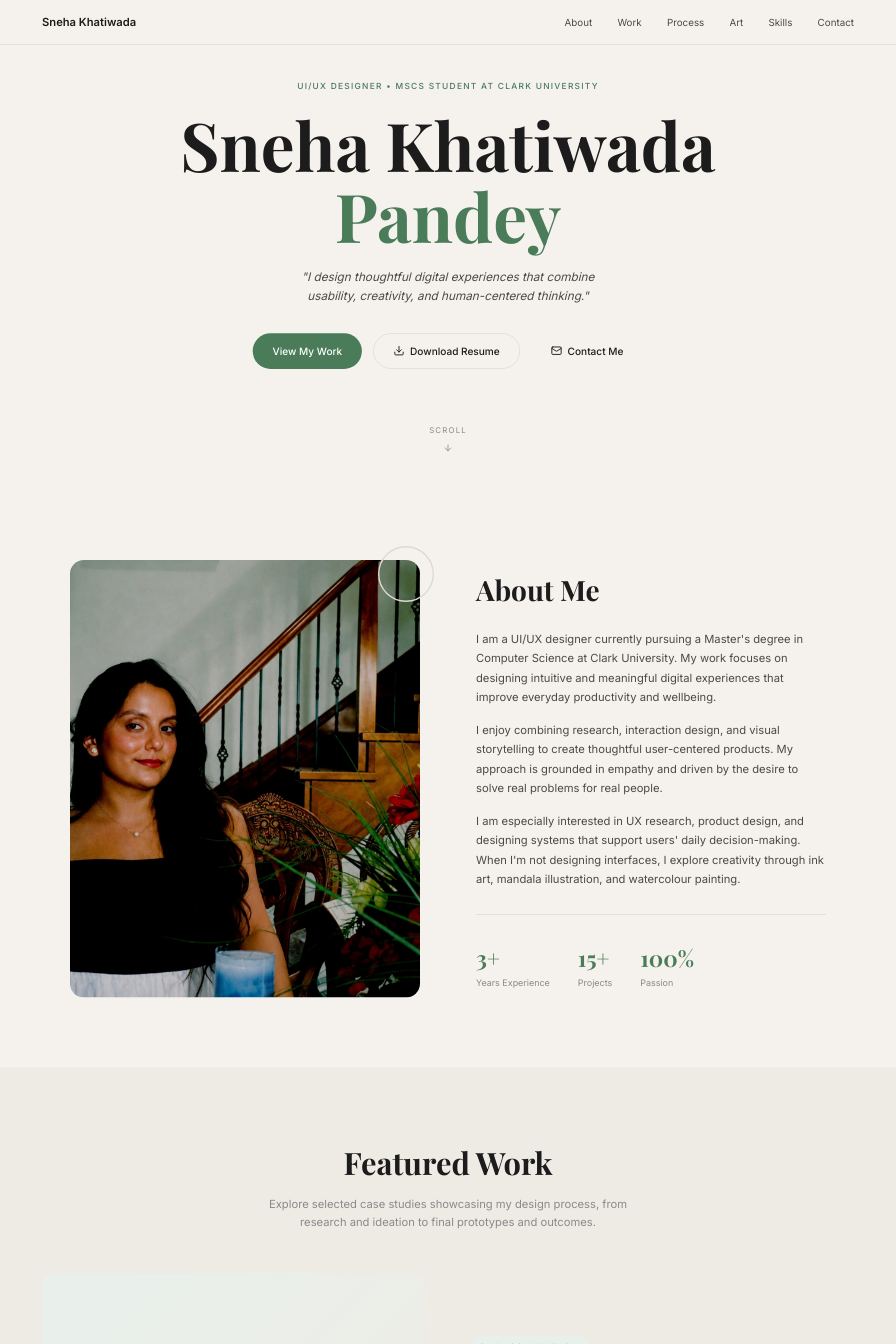
Repository: Snehahak/Sneha-portfolio
Page: /
An editor plug-in stored every save of this project. The page is shown before and after the next save, followed by the edit.
The browser window is 1280 px wide. The pictures show the part of the page from y = 0 to 1920 px (the page is 7266 px tall), at 70% of full size.
Some web fonts or font styles are not loaded; a fallback is used. The project was rebuilt for these pictures with package versions that can differ from the ones it lists, and the page was loaded fresh each time. Also part of the build but not shown: vite.config.js, src/pages/CaseStudyLifeLog.jsx, src/pages/CaseStudyDashboard.jsx, src/pages/CaseStudyRecipe.jsx, src/pages/CaseStudyMiro.jsx.

Above is the page before, as saved 2026-06-10 11:26:13.

After the next save:
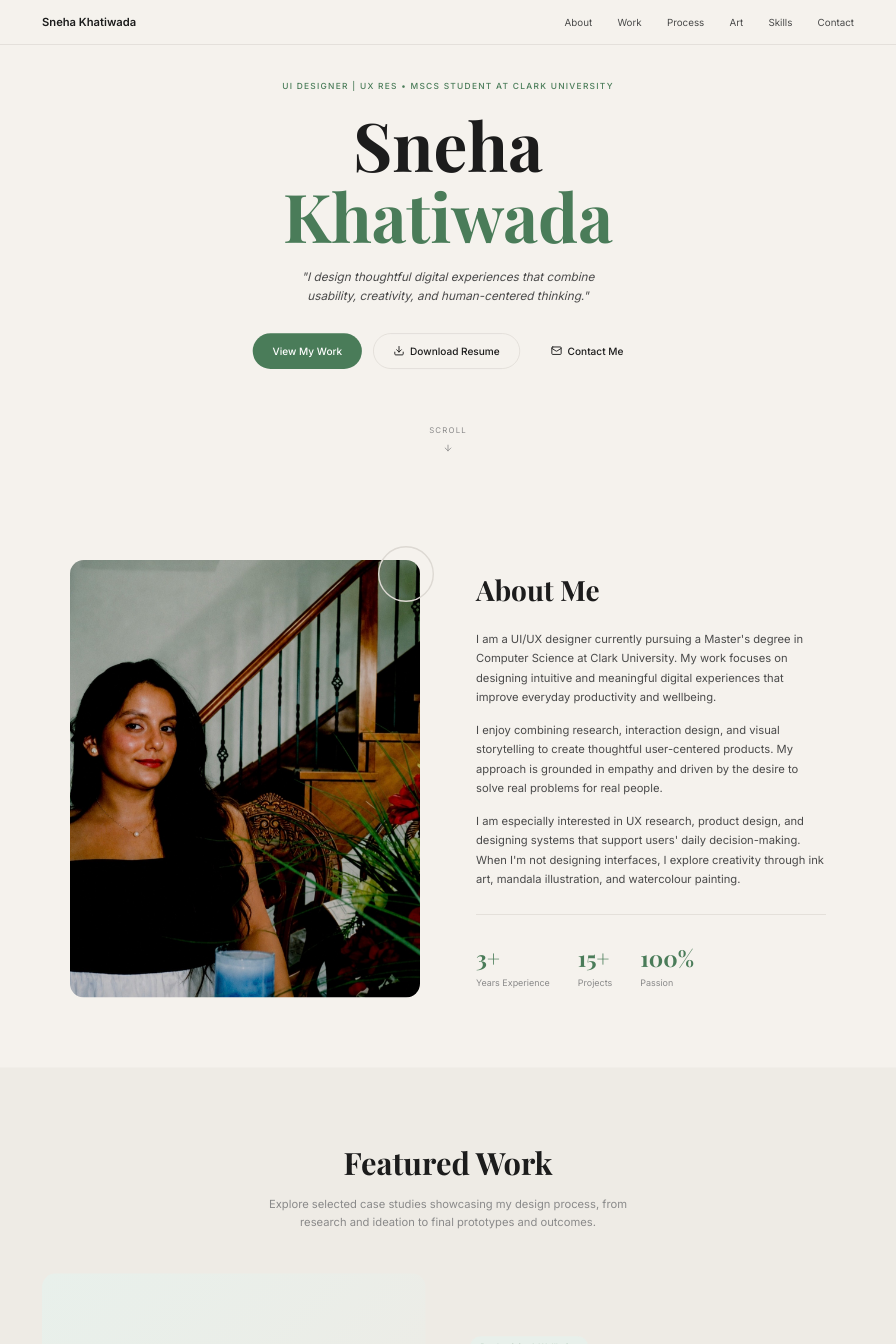
Saved 108 s later.
--- a/src/pages/Home.jsx
+++ b/src/pages/Home.jsx
@@ -36,10 +36,10 @@
 
       {/* HERO */}
       <section className="hero" style={{ paddingLeft: 60, paddingRight: 60 }}>
-        <p className="hero-eyebrow">UI/UX Designer • MSCS Student at Clark University</p>
+        <p className="hero-eyebrow">UI Designer | UX Res • MSCS Student at Clark University</p>
         <h1>
-          Sneha Khatiwada<br />
-          <span className="accent">Pandey</span>
+          Sneha<br />
+          <span className="accent">Khatiwada</span>
         </h1>
         <p className="hero-quote">
           "I design thoughtful digital experiences that combine usability,
@@ -272,15 +272,15 @@
                 <div className="contact-link-icon"><Mail size={20} /></div>
                 <div className="contact-link-text">
                   <div className="label">Email</div>
-                  <div className="value">s</div>
+                  <div className="value">snehakhatiwadap@gmail.com</div>
                 </div>
                 <ArrowUpRight size={16} style={{ marginLeft: 'auto', color: 'var(--text-light)' }} />
               </a>
-              <a href="https://linkedin.com/in/snehakpandey" target="_blank" rel="noreferrer" className="contact-link-card">
+              <a href="https://www.linkedin.com/in/snehaha-k/" target="_blank" rel="noreferrer" className="contact-link-card">
               <div className="contact-link-icon"><svg width="20" height="20" viewBox="0 0 24 24" fill="none" stroke="currentColor" strokeWidth="2"><path d="M16 8a6 6 0 0 1 6 6v7h-4v-7a2 2 0 0 0-2-2 2 2 0 0 0-2 2v7h-4v-7a6 6 0 0 1 6-6z"/><rect x="2" y="9" width="4" height="12"/><circle cx="4" cy="4" r="2"/></svg></div>
                 <div className="contact-link-text">
                   <div className="label">Linkedin</div>
-                  <div className="value">linkedin.com/in/snehakpandey</div>
+                  <div className="value">https://www.linkedin.com/in/snehaha-k/</div>
                 </div>
                 <ArrowUpRight size={16} style={{ marginLeft: 'auto', color: 'var(--text-light)' }} />
               </a>
